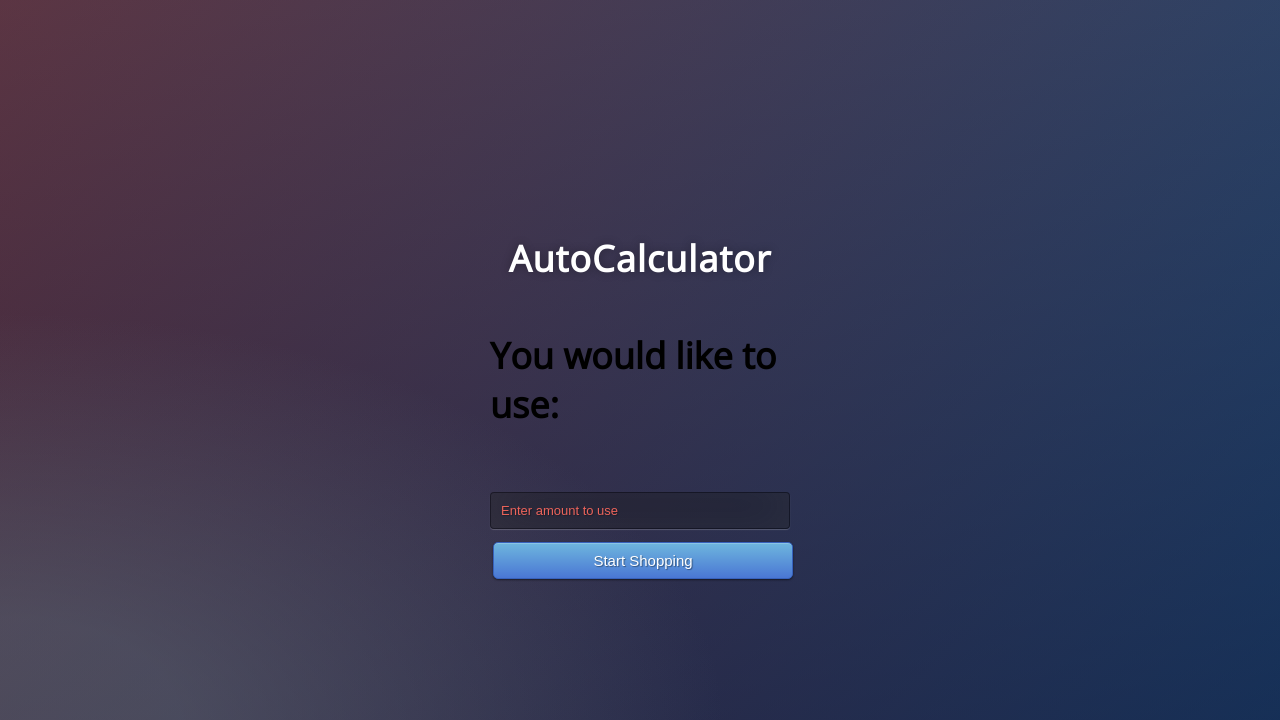
Repository: 365dayschallenge/Vic-17
Page: /
The author's editor kept a copy of each file at every save. The page is drawn from the files as they stood at one save, then again after the next save.
The browser window is 1280 px wide. The pictures show the whole page.
The project was rebuilt for these pictures with package versions that can differ from the ones it lists, and the page was loaded fresh each time. Also part of the build but not shown: src/App.css, src/components/Shoppinglist.js.

Above is the page before, as saved 2022-01-17 20:12:27.

After the next save:
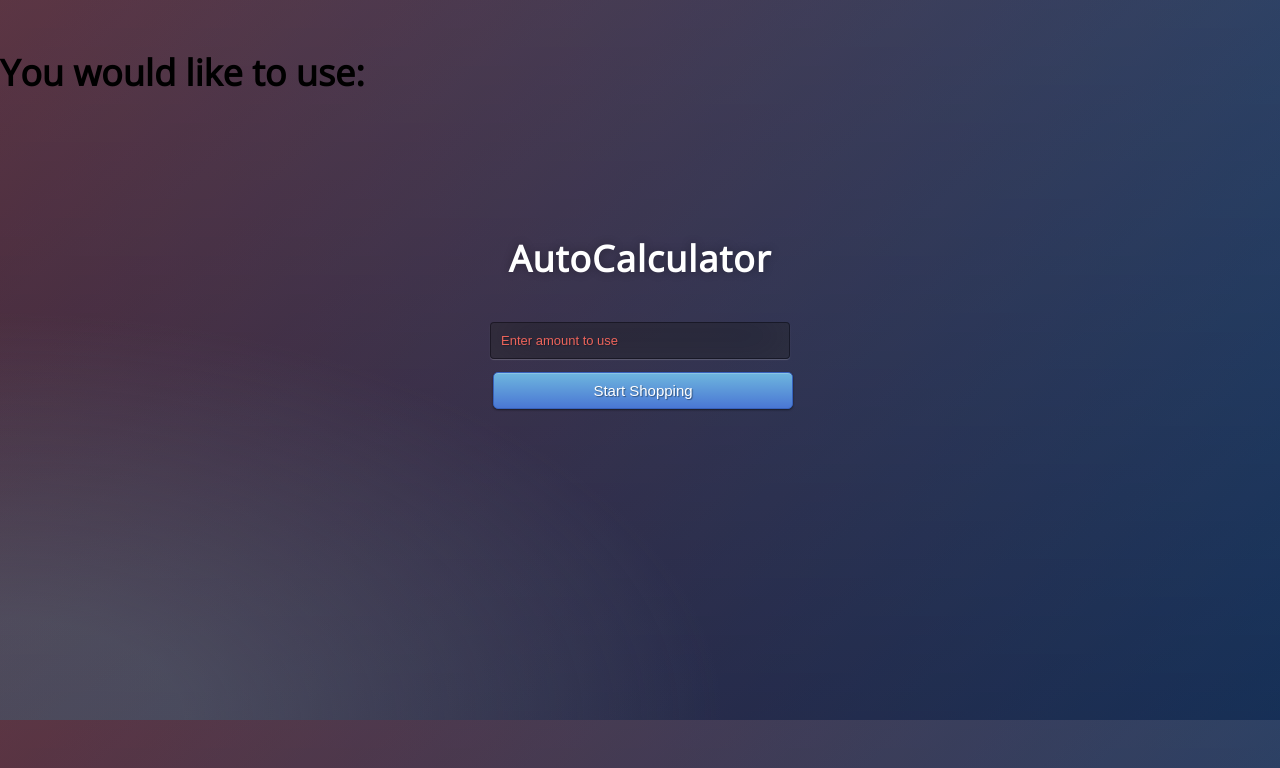
Saved 26 s later.
--- a/src/components/Calculator.js
+++ b/src/components/Calculator.js
@@ -17,21 +17,24 @@
       <div>
         <div className="login">
           <h1>AutoCalculator</h1>
-          <h4>You would like to use: {input}</h4>
           <form>
             <input
               type="text"
               placeholder="Enter amount to use"
               required="required"
               onChange={(e) => {
-                setInput(e.target.value)
+                setInput(e.target.value);
               }}
             />
-            <button className="btn btn-primary btn-block btn-large" onClick={startShopping}>
+            <button
+              className="btn btn-primary btn-block btn-large"
+              onClick={startShopping}
+            >
               Start Shopping
             </button>
           </form>
         </div>
+        <h4>You would like to use: {input}</h4>
       </div>
     );
 }

After the save that followed:
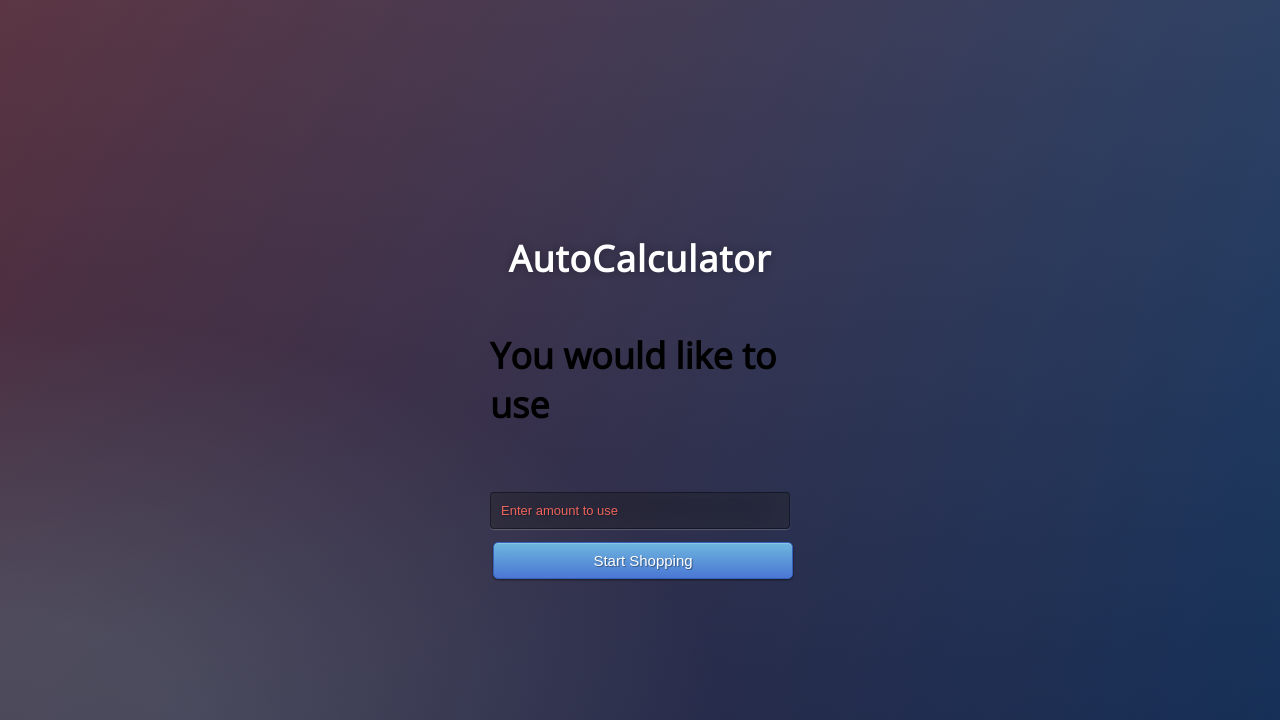
Saved 55 s later.
--- a/src/components/Calculator.js
+++ b/src/components/Calculator.js
@@ -17,7 +17,9 @@
       <div>
         <div className="login">
           <h1>AutoCalculator</h1>
+
           <form>
+            <h4>You would like to use {input}</h4>
             <input
               type="text"
               placeholder="Enter amount to use"
@@ -34,7 +36,6 @@
             </button>
           </form>
         </div>
-        <h4>You would like to use: {input}</h4>
       </div>
     );
 }
